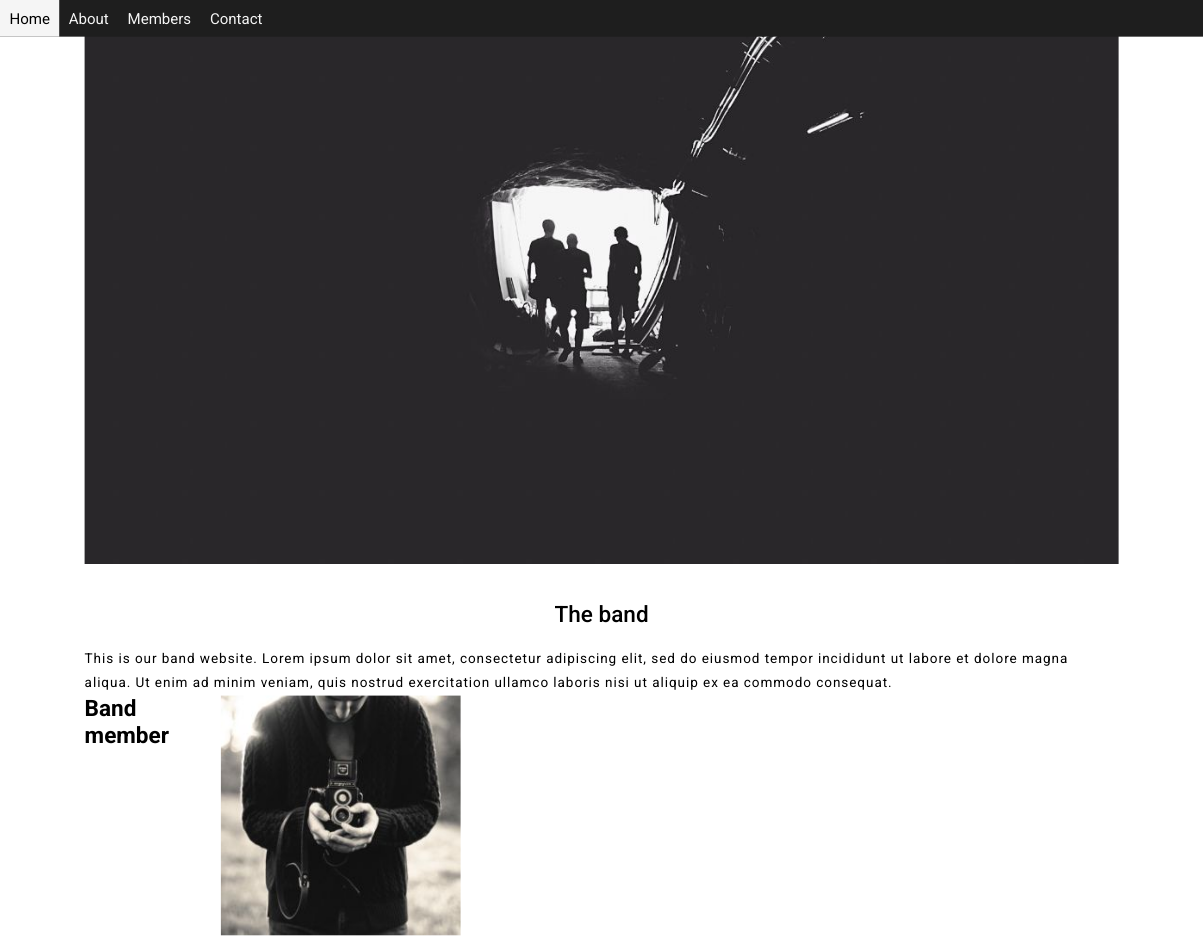
Repository: hieu-22/w3_band_UI
Page: index.html
The author's editor kept a copy of each file at every save. The page is drawn from the files as they stood at one save, then again after the next save.
The browser window is 1280 px wide. The pictures show the whole page, at 94% of full size.

Above is the page before, as saved 2022-12-30 09:33:37.

### index.html
<!DOCTYPE html>
<html lang="en">
<head>
    <meta charset="UTF-8">
    <meta http-equiv="X-UA-Compatible" content="IE=edge">
    <meta name="viewport" content="width=device-width, initial-scale=1.0">
    <title>The band - by w3school</title>
    <link rel="stylesheet" href="assets/css/style.css">
    <link rel="preconnect" href="https://fonts.googleapis.com"><link rel="preconnect" href="https://fonts.gstatic.com" crossorigin><link href="https://fonts.googleapis.com/css2?family=Roboto:wght@100;300;400;500;700&display=swap" rel="stylesheet">
</head>
<body>
    <header class="header">
        <nav class="navigation-bar">
            <ul class="navigation-bar__list">
                <li class="navigation-bar__list-item">
                    Home
                </li>
                <li class="navigation-bar__list-item">
                    About
                </li>
                <li class="navigation-bar__list-item">
                    Members
                </li>
                <li class="navigation-bar__list-item">
                    Contact
                </li>
            </ul>
        </nav>
        <div class="banner"></div>
    </header>

    <main class="content">
        <div class="content__about">
            <h2 class="content__about-name">The band</h2>
            <p class="content__about-description"> This is our band website. Lorem ipsum dolor sit amet, consectetur adipiscing elit, sed do eiusmod tempor incididunt ut labore et dolore magna aliqua. Ut enim ad minim veniam, quis nostrud exercitation ullamco laboris nisi ut aliquip ex ea commodo consequat.
            </p>
        </div>
        <!-- end about -->

        <div class="content__members">
            <h2 class="content__members-header">Band member</h2>
            <div class="content__members-container">
                <div class="content__members-img">
                    <img src="/assets/img/img_bandmember.jpg" alt="">
                </div>
                <p class="content__members-name"></p>
            </div>
        </div>
    </main>

    <footer>

    </footer>
</body>
</html>

### assets/css/style.css
* {
    box-sizing: border-box;
    padding: 0;
    margin: 0;

}

html {
    font-family: 'Roboto', sans-serif;
    font-size: 16px;
    width: 1100px;
    margin: auto;
}

.header {
    height: 600px;
}

.navigation-bar {
    position: absolute;
    top: 0;
    left: 0;
    width: 100%;
    background-color: rgb(30, 30, 30);
}

.navigation-bar__list {
    display: flex;
    justify-content: flex-start;
    align-items: center;
    border-radius: 2px;
    list-style-type: none;
}

.navigation-bar__list-item {
    padding: 10px;
    color: whitesmoke;
}
.navigation-bar__list-item:hover {
    background-color: whitesmoke;
    color: black;
    cursor: pointer;
}

.banner {
    height: 100%;
    width: auto;
    background-image: url('../img/img_la.jpg');
    background-size: cover;
}
/* main content */
.content__about {
    margin-top: 20px;
}

.content__about-name {
    font-weight: 500;
    text-align: center;
    padding: 20px 0;
}

.content__about-description {
    letter-spacing: 1px;
    line-height: 26px;
    font-size: 0.9rem;
}
/* end about */

.content__members {
    display: flex;
    width: 400px;
}

After the next save:
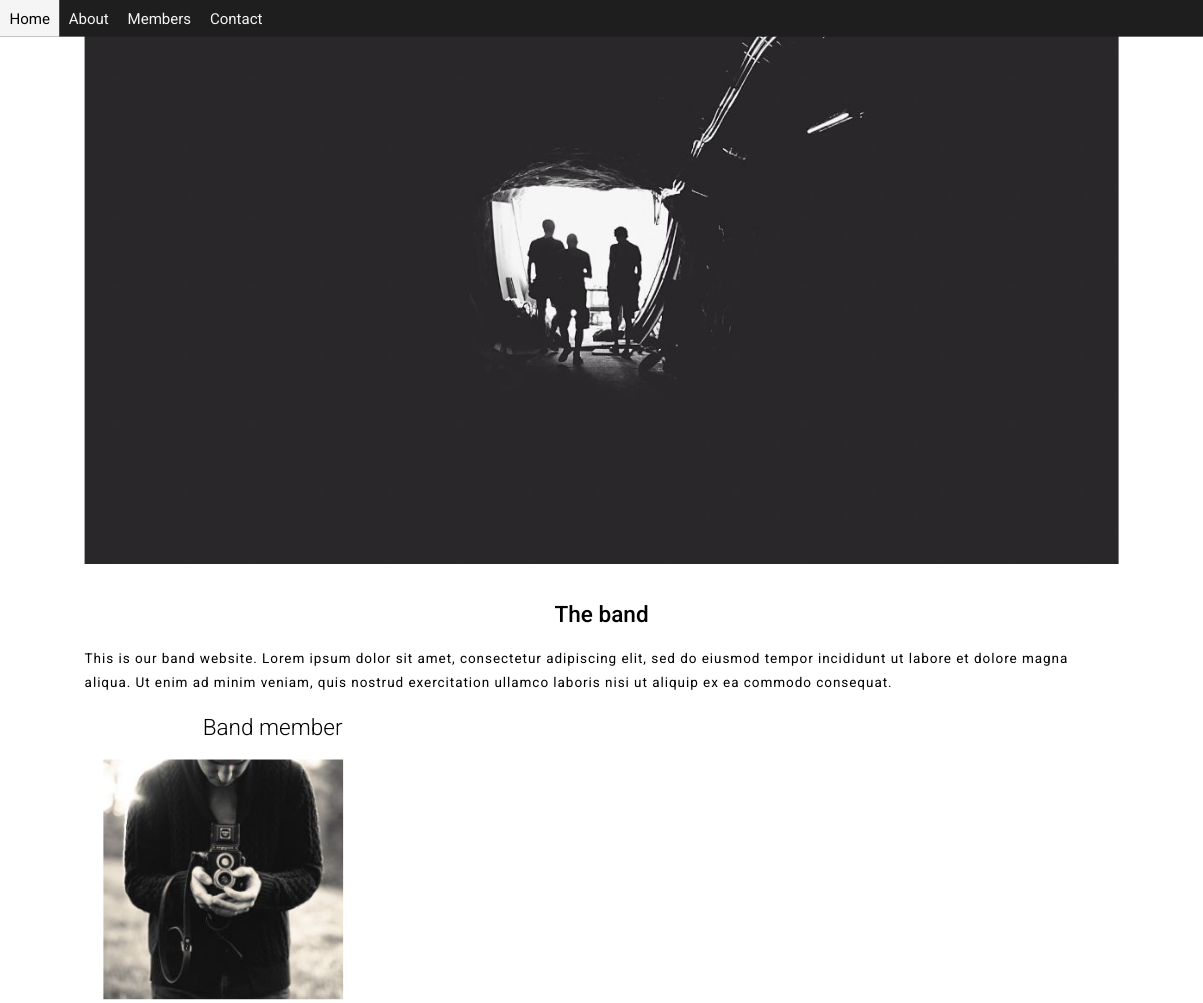
Saved 47 s later.
--- a/assets/css/style.css
+++ b/assets/css/style.css
@@ -67,6 +67,18 @@ html {
 /* end about */
 
 .content__members {
-    display: flex;
     width: 400px;
 }
+.content__members-header {
+    font-weight: 300;
+    text-align: center;
+    padding: 20px 0;
+}
+.content__members-container {
+    display: flex;
+    justify-content: space-around;
+}
+
+.content__members-img {
+    width: 80%;
+}
